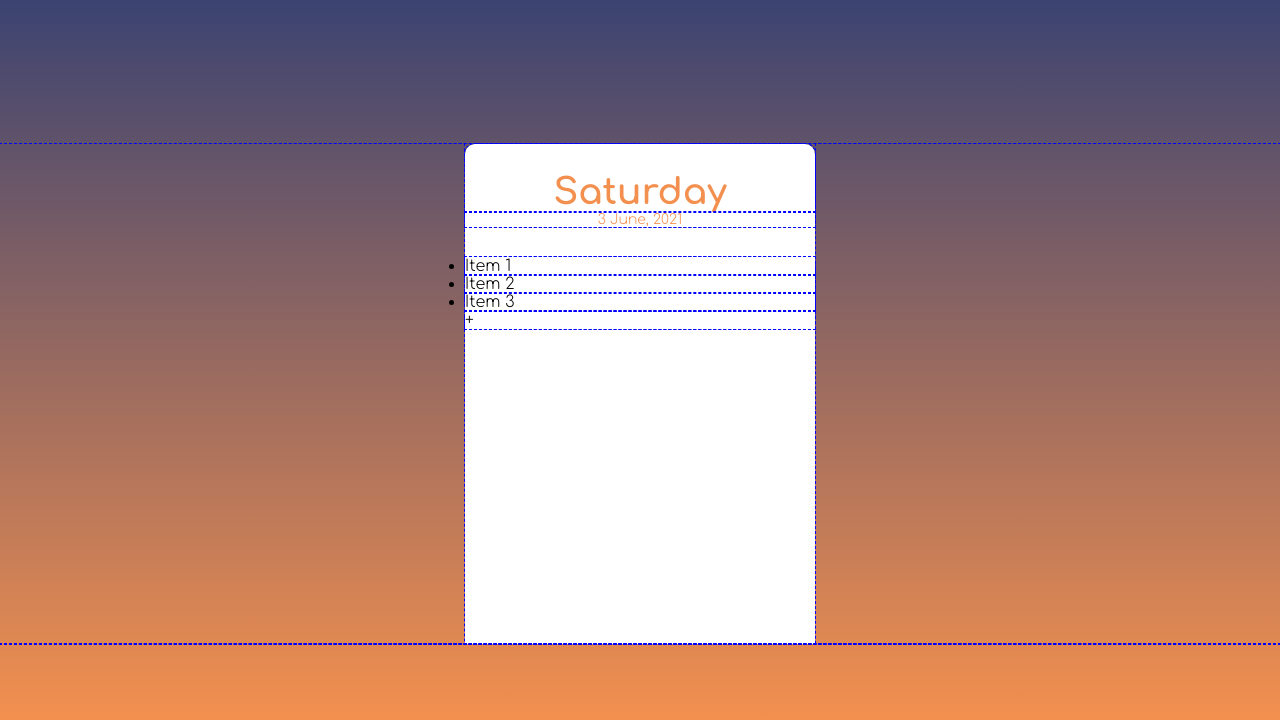
Repository: Colo-Codes/mini-projects
Page: todo-app/index.html
These files come from the project's save history. The page is drawn as it stood at one moment and after the next save; the edit follows.
The browser window is 1280 px wide. The pictures show the whole page.

Above is the page before, as saved 2021-07-04 11:20:53.

### todo-app/index.html
<!DOCTYPE html>
<html lang="en">
    <head>
        <meta charset="UTF-8" />
        <meta http-equiv="X-UA-Compatible" content="IE=edge" />
        <meta name="viewport" content="width=device-width, initial-scale=1.0" />
        <link rel="stylesheet" href="./css/index.css" />
        <title>Mini-Project - ToDo app</title>
    </head>
    <body>
        <div class="changing-background">
            <main class="todo">
                <section id="todo--header">
                    <header>Saturday</header>
                    <p>3 June, 2021</p>
                </section>
                <section id="todo--tasks-list">
                    <ul>
                        <li class="todo--tasks-list--item">Item 1</li>
                        <li class="todo--tasks-list--item">Item 2</li>
                        <li class="todo--tasks-list--item">Item 3</li>
                    </ul>
                </section>
                <section id="todo--footer">
                    <p>+</p>
                </section>
            </main>
            <div id="3d-sheet-1"></div>
            <div id="3d-sheet-2"></div>
            <div id="3d-sheet-3"></div>
            <div id="3d-sheet-4"></div>
        </div>
    </body>
</html>

### todo-app/css/index.css
@import url('https://fonts.googleapis.com/css2?family=Comfortaa:wght@300;700&display=swap');

/* Initial reset */

html {
    box-sizing: border-box;
    font-size: 16px;
}

*,
*:before,
*:after {
    box-sizing: inherit;
    margin: 0;
    padding: 0;
    outline: 1px dashed blue; /* Debugging purposes */
}

body {
    font-family: 'Comfortaa', cursive;
    background: #f3904f; /* fallback for old browsers */
    background: -webkit-linear-gradient(
        to bottom,
        #3b4371,
        #f3904f
    ); /* Chrome 10-25, Safari 5.1-6 */
    background: linear-gradient(
        to bottom,
        #3b4371,
        #f3904f
    ); /* W3C, IE 10+/ Edge, Firefox 16+, Chrome 26+, Opera 12+, Safari 7+ */
    background-repeat: no-repeat;
    background-size: cover;
    height: 80vh;
}

.todo {
    margin: auto;
    margin-top: 20vh;
    width: 350px;
    height: 500px;
    background-color: white;
    border-radius: 10px 10px 0 0;
}

#3d-sheet-1 {
    background-color: red;
    width: 350px;
    height: 95px;
    margin-top: 700px;
}

#todo--header header {
    padding-top: 1.75rem;
    font-size: 2.25rem;
    font-weight: 700;
    text-align: center;
    color: #f3904f;
}

#todo--header p {
    font-size: 0.875rem;
    text-align: center;
    color: #f3904f;
}

#todo--tasks-list {
    margin-top: 1.875rem;
}

After the next save:
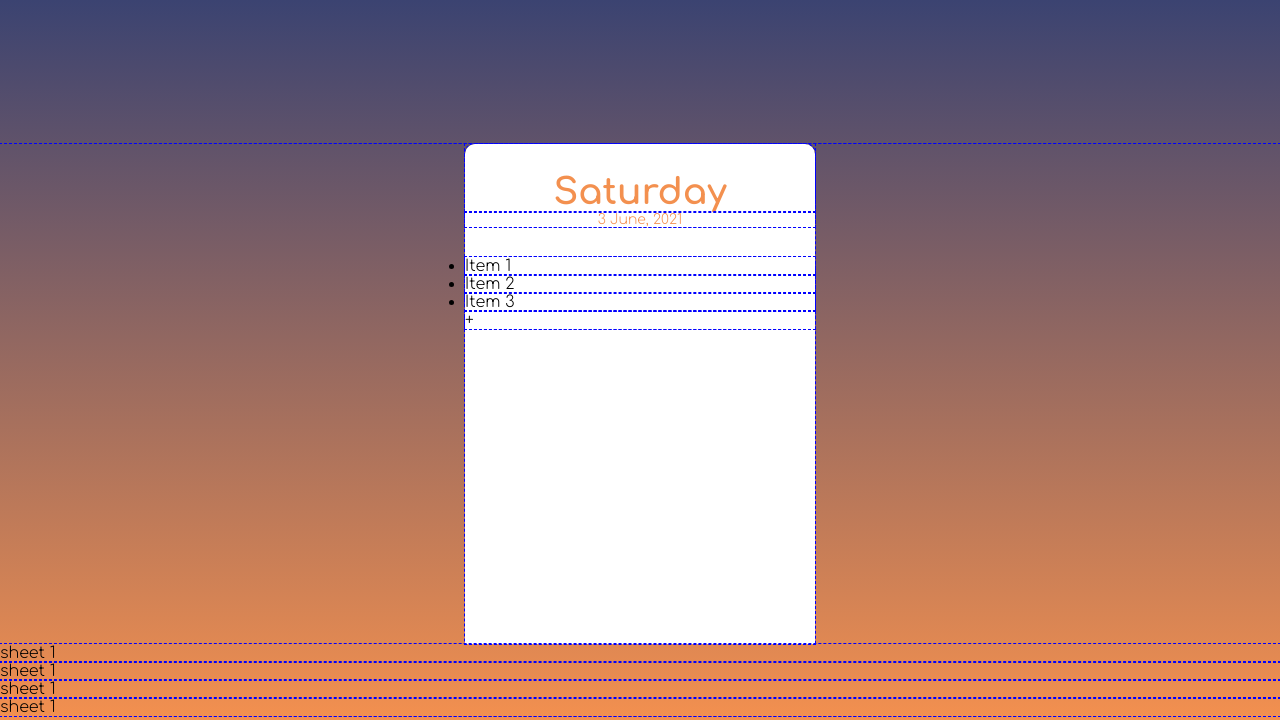
Saved 43 s later.
--- a/todo-app/index.html
+++ b/todo-app/index.html
@@ -25,10 +25,10 @@
                     <p>+</p>
                 </section>
             </main>
-            <div id="3d-sheet-1"></div>
-            <div id="3d-sheet-2"></div>
-            <div id="3d-sheet-3"></div>
-            <div id="3d-sheet-4"></div>
+            <div id="3d-sheet-1">sheet 1</div>
+            <div id="3d-sheet-2">sheet 1</div>
+            <div id="3d-sheet-3">sheet 1</div>
+            <div id="3d-sheet-4">sheet 1</div>
         </div>
     </body>
 </html>
